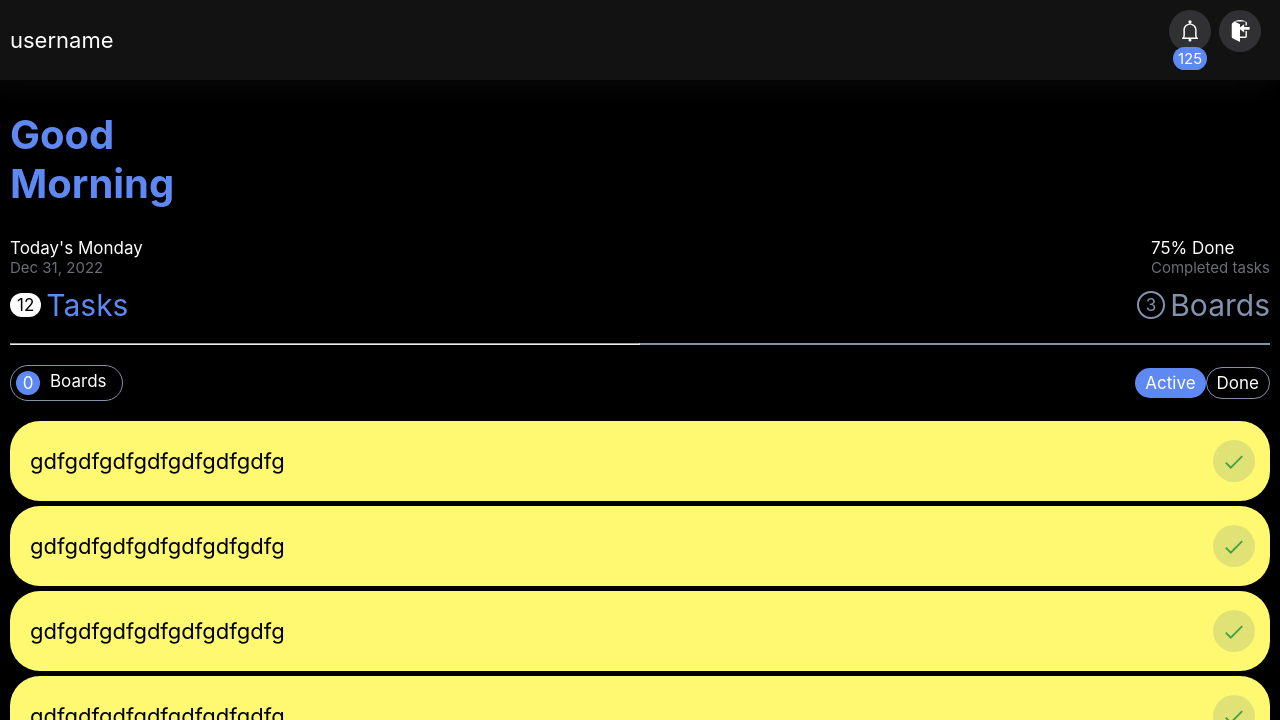
Repository: ShindanoSingi/todo-app
Page: /
The author's editor kept a copy of each file at every save. The page is drawn from the files as they stood at one save, then again after the next save.
The browser window is 1280 px wide. The pictures show the whole page.
The project was rebuilt for these pictures with package versions that can differ from the ones it lists, and the page was loaded fresh each time. Also part of the build but not shown: src/pages/LandingPage.js.

Above is the page before, as saved 2023-01-01 19:20:05.

### src/index.css
* {
  font-size: 22px;
  margin: 0;
  padding: 0;
}

body {
  margin: 0;
  padding: 0;
  font-family: -apple-system, BlinkMacSystemFont, 'Segoe UI', 'Roboto', 'Oxygen',
    'Ubuntu', 'Cantarell', 'Fira Sans', 'Droid Sans', 'Helvetica Neue',
    sans-serif;
  -webkit-font-smoothing: antialiased;
  -moz-osx-font-smoothing: grayscale;
}

code {
  font-family: source-code-pro, Menlo, Monaco, Consolas, 'Courier New',
    monospace;
}

.signin-icon-signin-text-container {
  display: flex;
  align-items: center;
  flex-direction: column;
}

.bell-icon-bell-num-container {
  display: flex;
  flex-direction: column;
  align-items: center;
  margin-left: 20px;
}

.signin-text {
  display: none;
}

.bell-num,
.signin-text {
  font-size: 15px;
}

.bell-num {
  text-align: center;
  color: #fff;
  padding: 2px 5px;
  background-color: #5f89f2;
  border-radius: 50px;
  margin-top: -5px;
}

.bell-icon,
.signin-icon {
  color: white;
  padding: 10px;
  border-radius: 50px;
  background-color: #313133;
}

div.signin-icon-signin-text-container:hover p.signin-text {
  display: block;
}

.bell-icon-signin-container {
  display: grid;
  grid-template-columns: 60px 60px;
}

.username,
.signin-text {
  color: #fff;
}

.nav-bar {
  display: flex;
  align-items: center;
  justify-content: space-between;
  padding: 10px;
  background: #121212;
  box-shadow: -11px 11px 22px #070707, 11px -11px 22px #1d1d1d;
}

h1 {
  position: absolute;
  top: 10%;
  z-index: 1;
}

h2 {
  font-size: 40px;
  color: #5f89f2;
}

.salutation-container {
  margin-top: 30px;
  padding-left: 10px;
}

.day,
.percent,
.small-boards,
.done,
.active {
  font-size: 17px;
  color: #ffffff;
}

.date,
.completed {
  font-size: 15px;
  color: #6a6f75;
}

.day-to-percent-container {
  display: flex;
  justify-content: space-between;
  padding: 10px;
  margin-top: 20px;
}

.tasks-num {
  text-align: center;
  font-size: 17px;
  background: #ffff;
  padding: 2px 7px;
  border-radius: 50px;
  height: 20px;
}

.tasks {
  font-size: 30px;
  font-weight: light;
  color: #5f89f2;
}

.boards-num {
  font-size: 17px;
  color: #8292ad;
  border: 2px solid #8292ad;
  padding: 2px 7px;
  border-radius: 50px;
  height: 20px;
}

.big-boards {
  font-size: 30px;
  font-weight: light;
  color: #8292ad;
}

.tasks-num-tasks-container,
.boards-num-boards-container {
  display: flex;
  align-items: center;
  gap: 5px;
}

.line-tasks {
  width: 50%;
}

.line-boards {
  width: 50%;
  border: 1px solid #8292ad;
}

.line-tasks-ine-boards-container {
  display: flex;
  justify-content: space-between;
  /* margin-top: 10px; */
  padding: 0 10px;
}

.tasks-to-boards-container {
  display: flex;
  justify-content: space-between;
  padding: 0 10px;
}

.num-boards {
  font-size: 17px;
  text-align: center;
  color: #fff;
  background: #5f89f2;
  padding: 2px;
  border-radius: 50px;
  height: 20px;
  width: 20px;
}

.small-boards {
  color: #fff;
}

.num-boards-small-boards-container {
  display: flex;
  gap: 10px;
  border: 1px solid #8292ad;
  padding: 5px;
  border-radius: 50px;
  padding-right: 15px;
}

.active {
  text-align: center;
  background: #5f89f2;
  padding: 0px 10px;
  border-radius: 50px;
  padding: 5px 10px;
}

.done {
  display: flex;
  gap: 10px;
  border: 1px solid #8292ad;
  border-radius: 50px;
  padding: 5px 10px;
}

.active-done-container {
  display: flex;
  align-items: center;
}

.num-boards-to-small-boards-container {
  display: flex;
  justify-content: space-between;
  align-items: center;
  padding: 0 10px;
}

.task-title {
  word-wrap: break-word;
  padding: 5px;
  width: 80%;
}

.check-circle-icon {
  color: white;
  padding: 10px;
  border-radius: 50px;
  background: rgba(121, 141, 139, 0.21);
}

.todo-card {
  margin: 0 10px;
  padding: 15px;
  min-height: 50px;
  border-radius: 30px;
  display: flex;
  align-items: center;
  justify-content: space-between;
}

.todos-container {
  display: flex;
  flex-direction: column;
  gap: 5px;
  max-height: 10%;
  overflow-y: scroll;
}

.main {
  display: flex;
  flex-direction: column;
  gap: 20px;
}

/* Credit: Cole McCombs; */
.landing-page-wrapper {
  height: 100%;
  display: flex;
  flex-direction: column;
  align-items: center;
  justify-content: center;
}

/* Credit: Cole McCombs; */
.button {
  min-width: 150px;
  min-height: 40px;
  font-family: 'Nunito', sans-serif;
  font-size: 22px;
  text-transform: uppercase;
  letter-spacing: 1.3px;
  font-weight: 700;
  color: #313133;
  background: #37b7ff;
  background: linear-gradient(
    90deg,
    rgb(59, 123, 190) 0%,
    rgb(29, 181, 228) 100%
  );
  border: none;
  border-radius: 1000px;
  box-shadow: 12px 12px 24px rgba(28, 120, 186, 0.64);
  transition: all 0.3s ease-in-out 0s;
  cursor: pointer;
  outline: none;
  position: absolute;
  top: 85%;
  padding: 10px;
}

/* Credit: Cole McCombs; */
button::before {
  content: '';
  border-radius: 1000px;
  min-width: calc(150px + 12px);
  min-height: calc(40px + 12px);
  border: 6px solid #008cff;
  box-shadow: 0 0 60px rgba(25, 150, 233, 0.64);
  position: absolute;
  top: 50%;
  left: 50%;
  transform: translate(-50%, -50%);
  opacity: 0;
  transition: all 0.3s ease-in-out 0s;
}

/* Credit: Cole McCombs; */
.button:hover,
.button:focus {
  color: #bfbfd4;
  transform: translateY(-6px);
}

/* Credit: Cole McCombs; */
button:hover::before,
button:focus::before {
  opacity: 1;
}

/* Credit: Cole McCombs; */
button::after {
  content: '';
  width: 30px;
  height: 30px;
  border-radius: 100%;
  border: 6px solid #0f8bdd;
  position: absolute;
  z-index: -1;
  top: 50%;
  left: 50%;
  transform: translate(-50%, -50%);
  animation: ring 1.5s infinite;
}

/* Credit: Cole McCombs; */
button:hover::after,
button:focus::after {
  animation: none;
  display: none;
}

/* Credit: Cole McCombs; */
@keyframes ring {
  0% {
    width: 20px;
    height: 20px;
    opacity: 1;
  }
  100% {
    width: 150px;
    height: 150px;
    opacity: 0;
  }
}

.landing-page-image {
  position: fixed;
  width: 100%;
  height: 100%;
}

.landing-page-image {
  -webkit-animation: anim 8s infinite linear;
  animation: anim 8s infinite linear;
}

@-webkit-keyframes anim {
  from {
    -webkit-transform: rotateY(0deg);
  }
  to {
    -webkit-transform: rotateY(90deg);
  }
}

@keyframes anim {
  from {
    transform: rotateY(90deg);
  }
  to {
    transform: rotateY(0deg);
  }
}

.container {
  height: 100%;
  width: 100%;
  position: fixed;
  background-color: #000000;
}

### src/App.js
import Todos from './pages/Todos'

import LandingPage from './pages/LandingPage'

function App() {
  return (
    <div className="">
      {/* <LandingPage /> */}
      <Todos />
    </div>
  )
}

export default App

### src/pages/Todos.js
import React from 'react'
import checkbox from '../assests/check.svg'
import { RxBell } from 'react-icons/rx'
import { GoSignIn } from 'react-icons/go'
import { FcCheckmark } from 'react-icons/fc'

function Todos() {
    let color = "#FEF970"
    return (
        <div className='container'>
            <div className='todos-wrapper'>
                <nav className='nav-bar'>
                    <p className='username'>username</p>
                    <div className='bell-icon-signin-container'>
                        <div className='bell-icon-bell-num-container'>
                            <RxBell className='bell-icon' />
                            <p className='bell-num'>125</p>
                        </div>
                        <div className='signin-icon-signin-text-container'>
                            <GoSignIn className='signin-icon' />
                            <p className='signin-text'>Sign In</p>
                        </div>

                    </div>
                </nav>
                <div className='salutation-container'>
                    <h2 className='good-text'>Good</h2>
                    <h2 className='morning-text'>Morning</h2>
                </div>

                <div className='day-to-percent-container'>
                    <div className='day-date-container'>
                        <p className='day'>Today's Monday</p>
                        <p className='date'>Dec 31, 2022</p>
                    </div>
                    <div className='percent-completed-container'>
                        <p className='percent'>75% Done</p>
                        <p className='completed'>Completed tasks</p>
                    </div>
                </div>
                <main className='main'>
                    <div className='tasks-to-boards-container'>
                        <div className='tasks-num-tasks-container'>
                            <p className='tasks-num'>12</p>
                            <p className='tasks'>Tasks</p>
                        </div>
                        <div className='boards-num-boards-container'>
                            <p className='boards-num'>3</p>
                            <p className='big-boards'>Boards</p>
                        </div>
                    </div>
                    <div className='line-tasks-ine-boards-container'>
                        <hr className='line-tasks' />
                        <hr className='line-boards' />
                    </div>

                    <div className='num-boards-to-small-boards-container'>
                        <div className='num-boards-small-boards-container'>
                            <p className='num-boards'>0</p>
                            <p className='small-boards'>Boards</p>
                        </div>
                        <div className='active-done-container'>
                            <p className='active'>Active</p>
                            <p className='done'>Done</p>
                        </div>
                    </div>
                    <div className='todos-container'>
                        <div className='todo-card' style={{ backgroundColor: color }}>
                            <p className='task-title'>gdfgdfgdfgdfgdfgdfgdfg</p>
                            < FcCheckmark className='check-circle-icon' />
                        </div>
                        <div className='todo-card' style={{ backgroundColor: color }}>
                            <p className='task-title'>gdfgdfgdfgdfgdfgdfgdfg</p>
                            < FcCheckmark className='check-circle-icon' />
                        </div>
                        <div className='todo-card' style={{ backgroundColor: color }}>
                            <p className='task-title'>gdfgdfgdfgdfgdfgdfgdfg</p>
                            < FcCheckmark className='check-circle-icon' />
                        </div>
                        <div className='todo-card' style={{ backgroundColor: color }}>
                            <p className='task-title'>gdfgdfgdfgdfgdfgdfgdfg</p>
                            < FcCheckmark className='check-circle-icon' />
                        </div>
                        <div className='todo-card' style={{ backgroundColor: color }}>
                            <p className='task-title'>gdfgdfgdfgdfgdfgdfgdfg</p>
                            < FcCheckmark className='check-circle-icon' />
                        </div>
                        <div className='todo-card' style={{ backgroundColor: color }}>
                            <p className='task-title'>gdfgdfgdfgdfgdfgdfgdfg</p>
                            < FcCheckmark className='check-circle-icon' />
                        </div>
                        <div className='todo-card' style={{ backgroundColor: color }}>
                            <p className='task-title'>gdfgdfgdfgdfgdfgdfgdfg</p>
                            < FcCheckmark className='check-circle-icon' />
                        </div>
                        <div className='todo-card' style={{ backgroundColor: color }}>
                            <p className='task-title'>gdfgdfgdfgdfgdfgdfgdfg</p>
                            < FcCheckmark className='check-circle-icon' />
                        </div>
                        <div className='todo-card' style={{ backgroundColor: color }}>
                            <p className='task-title'>gdfgdfgdfgdfgdfgdfgdfg</p>
                            < FcCheckmark className='check-circle-icon' />
                        </div>
                        <div className='todo-card' style={{ backgroundColor: color }}>
                            <p className='task-title'>gdfgdfgdfgdfgdfgdfgdfg</p>
                            < FcCheckmark className='check-circle-icon' />
                        </div>
                        <div className='todo-card' style={{ backgroundColor: color }}>
                            <p className='task-title'>gdfgdfgdfgdfgdfgdfgdfg</p>
                            < FcCheckmark className='check-circle-icon' />
                        </div>
                        <div className='todo-card' style={{ backgroundColor: color }}>
                            <p className='task-title'>gdfgdfgdfgdfgdfgdfgdfg</p>
                            < FcCheckmark className='check-circle-icon' />
                        </div>
                        <div className='todo-card' style={{ backgroundColor: color }}>
                            <p className='task-title'>gdfgdfgdfgdfgdfgdfgdfg</p>
                            < FcCheckmark className='check-circle-icon' />
                        </div>
                        <div className='todo-card' style={{ backgroundColor: color }}>
                            <p className='task-title'>gdfgdfgdfgdfgdfgdfgdfg</p>
                            < FcCheckmark className='check-circle-icon' />
                        </div>
                        <div className='todo-card' style={{ backgroundColor: color }}>
                            <p className='task-title'>gdfgdfgdfgdfgdfgdfgdfg</p>
                            < FcCheckmark className='check-circle-icon' />
                        </div>
                        <div className='todo-card' style={{ backgroundColor: color }}>
                            <p className='task-title'>gdfgdfgdfgdfgdfgdfgdfg</p>
                            < FcCheckmark className='check-circle-icon' />
                        </div>
                        <div className='todo-card' style={{ backgroundColor: color }}>
                            <p className='task-title'>gdfgdfgdfgdfgdfgdfgdfg</p>
                            < FcCheckmark className='check-circle-icon' />
                        </div>
                        <div className='todo-card' style={{ backgroundColor: color }}>
                            <p className='task-title'>gdfgdfgdfgdfgdfgdfgdfg</p>
                            < FcCheckmark className='check-circle-icon' />
                        </div>
                        <div className='todo-card' style={{ backgroundColor: color }}>
                            <p className='task-title'>gdfgdfgdfgdfgdfgdfgdfg</p>
                            < FcCheckmark className='check-circle-icon' />
                        </div>
                        <div className='todo-card' style={{ backgroundColor: color }}>
                            <p className='task-title'>gdfgdfgdfgdfgdfgdfgdfg</p>
                            < FcCheckmark className='check-circle-icon' />
                        </div>
                        <div className='todo-card' style={{ backgroundColor: color }}>
                            <p className='task-title'>gdfgdfgdfgdfgdfgdfgdfg</p>
                            < FcCheckmark className='check-circle-icon' />
                        </div>
                        <div className='todo-card' style={{ backgroundColor: color }}>
                            <p className='task-title'>gdfgdfgdfgdfgdfgdfgdfg</p>
                            < FcCheckmark className='check-circle-icon' />
                        </div>

                    </div>

                </main>
            </div>
        </div>
    )
}

export default Todos

Loaded but not shown: public/index.html (common file); src/index.js (common file); src/reportWebVitals.js (common file)

After the next save:
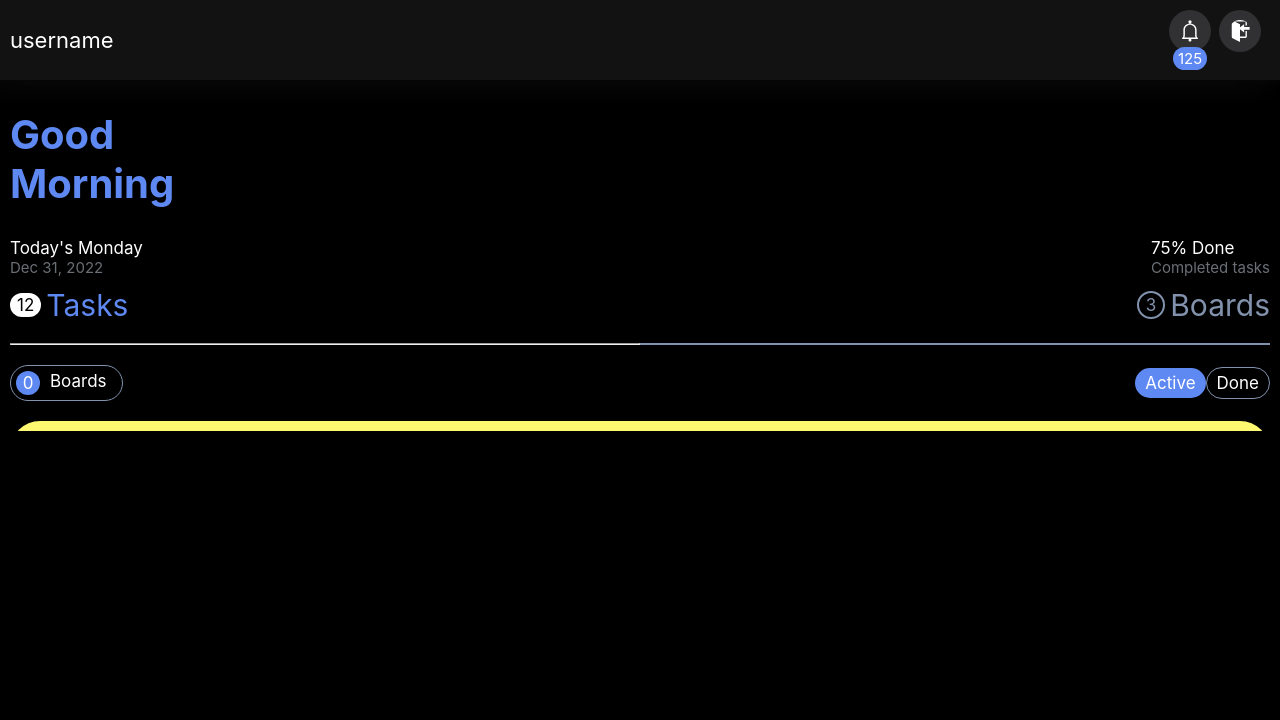
Saved 4 s later.
--- a/src/index.css
+++ b/src/index.css
@@ -257,7 +257,7 @@
   display: flex;
   flex-direction: column;
   gap: 5px;
-  max-height: 10%;
+  max-height: 10px;
   overflow-y: scroll;
 }
 

After the save that followed:
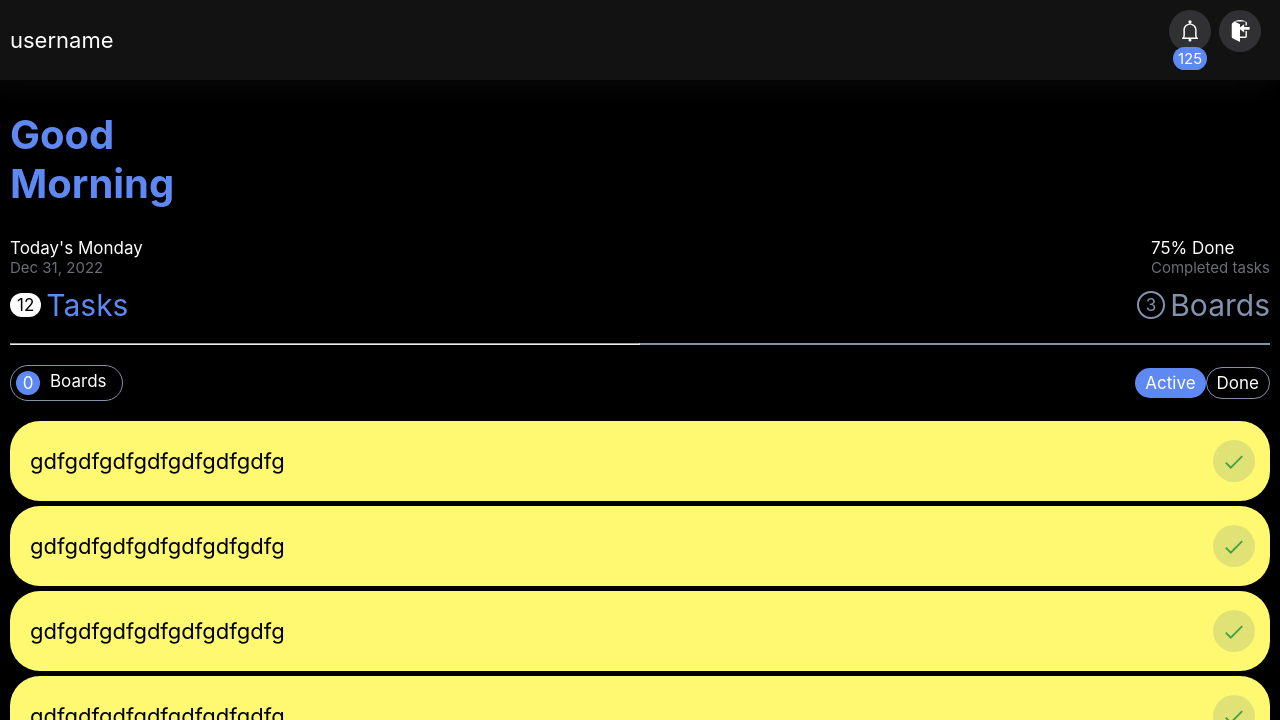
Saved 19 s later.
--- a/src/index.css
+++ b/src/index.css
@@ -257,7 +257,7 @@
   display: flex;
   flex-direction: column;
   gap: 5px;
-  max-height: 10px;
+  max-height: 10%;
   overflow-y: scroll;
 }
 
